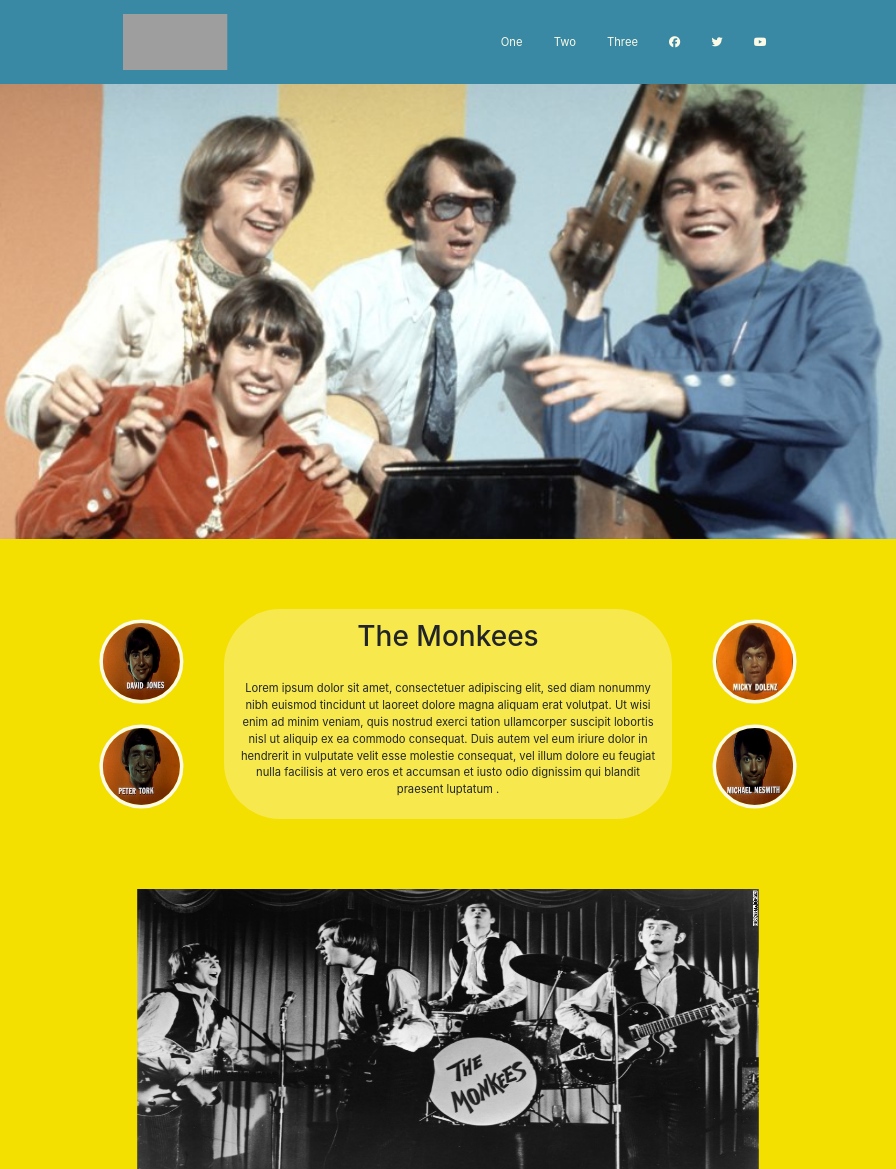
Repository: stu1612/Milestone-Project-Stu-Bolderson
Page: mock-header/mh.html
The author's editor kept a record of every edit. The page is drawn from the files as they stood at one moment, then again after the next edit.
The browser window is 1280 px wide. The pictures show the whole page, at 70% of full size.
Pictures or frames that could not be fetched are drawn as grey boxes. Some web libraries are served in a nearby version.

Above is the page before.

After the next edit:
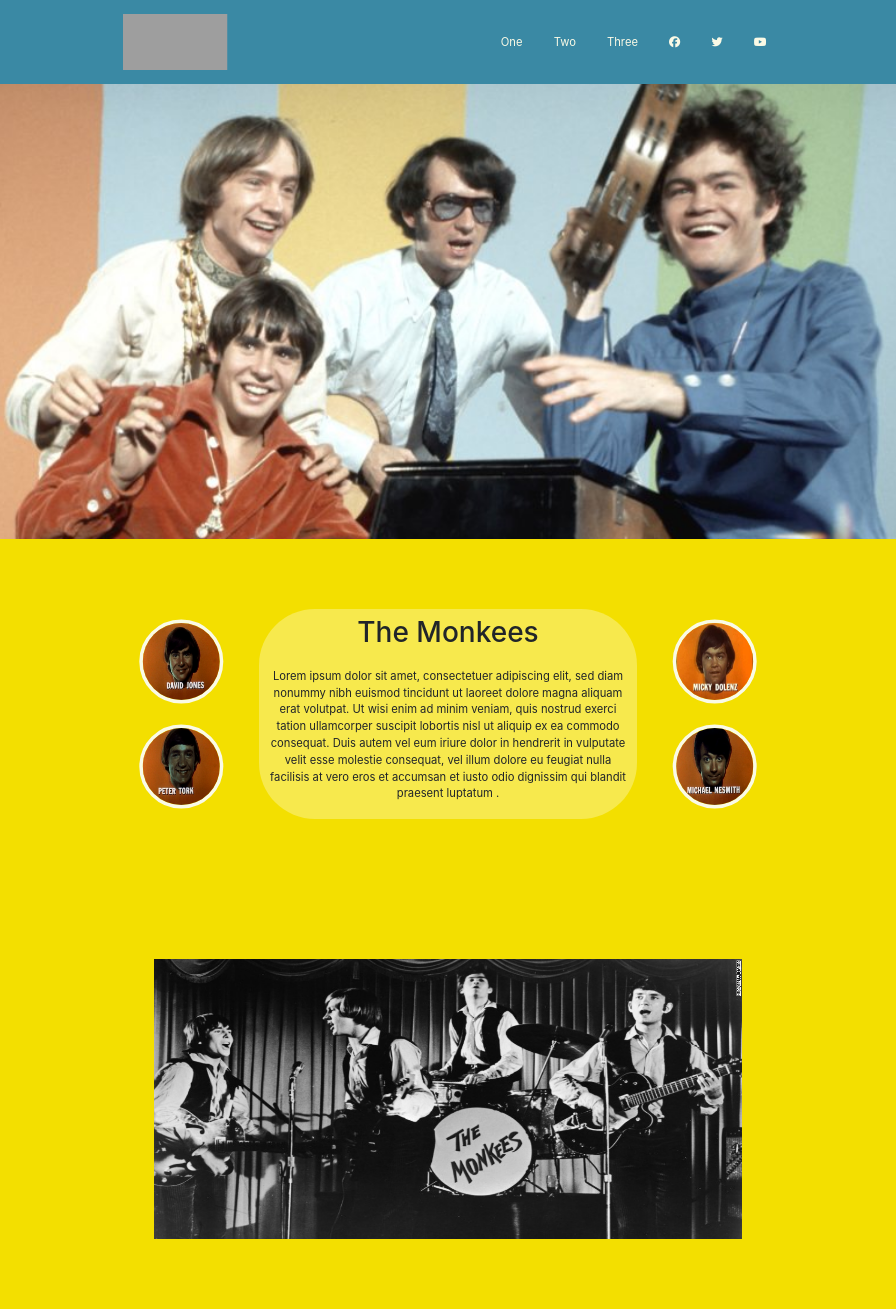
The edit:
--- a/mock-header/mhs.css
+++ b/mock-header/mhs.css
@@ -123,7 +123,7 @@
     background-size:cover;
     width:100%;
     height:auto;
-    padding-top:100px;
+    padding:100px;
 }
 
 .box-side {
